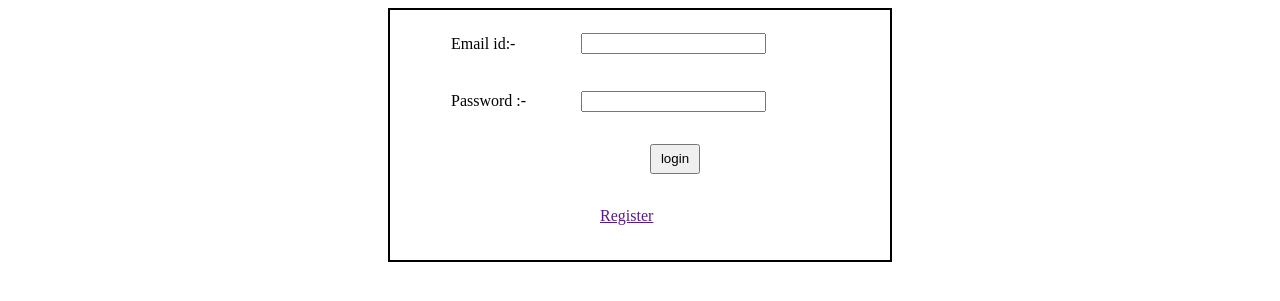
Repository: ShivrajMPujari/ServletApplication
Page: http://localhost/LoginReg/
An editor plug-in stored every save of this project. The page is shown before and after the next save, followed by the edit.
The browser window is 1280 px wide. The pictures show the whole page.
The page is served by Tomcat 9.

Above is the page before, as saved 2018-07-09 06:15:19.

After the next save:
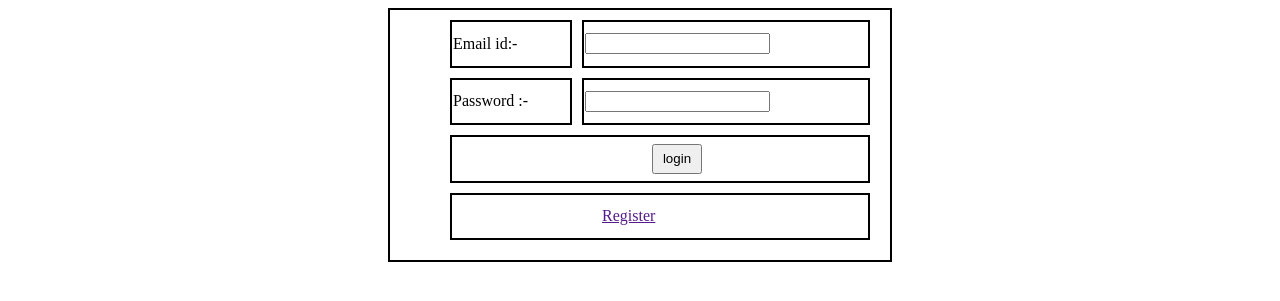
Saved 20 s later.
--- a/LoginReg/WebContent/index.css
+++ b/LoginReg/WebContent/index.css
@@ -15,7 +15,7 @@
 }
 tr,td{
 	height: 35px;
-	color: black;
+	border:2px solid black;
 }
 .submitButton{
 	padding-left:200px;
